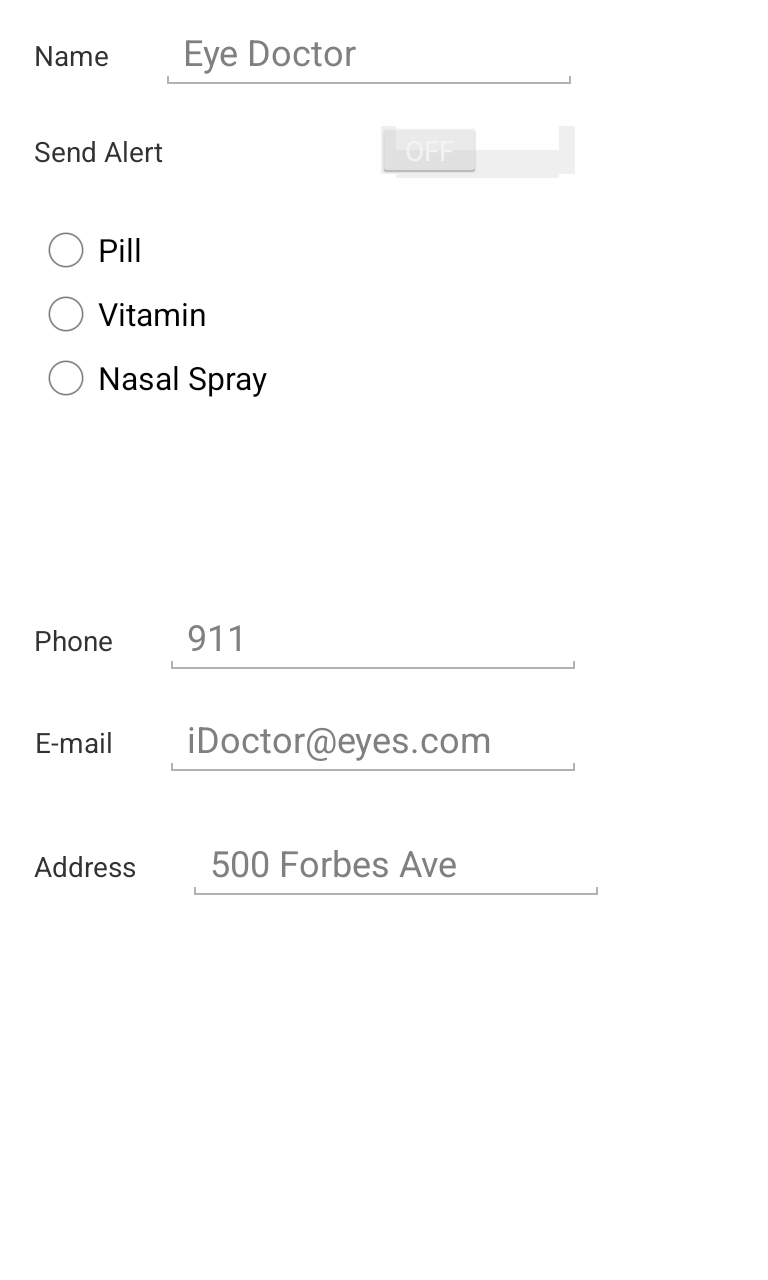
Repository: ranika/pilltracker
Layout: PillTracker/res/layout/f_doctors_doctoreditactivity.xml
An editor plug-in stored every save of this project. The layout is shown before and after the next save, followed by the edit.
It is drawn on a 768 x 1280 px phone screen (xhdpi) without system bars, with theme AppTheme; the app's code is not run.

Above is the layout before, as saved 2014-04-16 14:58:32.

### PillTracker/res/layout/f_doctors_doctoreditactivity.xml
<RelativeLayout xmlns:android="http://schemas.android.com/apk/res/android"
    android:layout_width="fill_parent"
    android:layout_height="fill_parent" >

    <TextView
        android:id="@+id/textView1"
        android:layout_width="wrap_content"
        android:layout_height="wrap_content"
        android:layout_alignParentLeft="true"
        android:layout_alignParentTop="true"
        android:layout_marginLeft="17dp"
        android:layout_marginTop="18dp"
        android:text="@string/name" />

    <EditText
        android:id="@+id/fdea_et1"
        android:layout_width="wrap_content"
        android:layout_height="wrap_content"
        android:layout_alignBaseline="@+id/textView1"
        android:layout_alignBottom="@+id/textView1"
        android:layout_marginLeft="25dp"
        android:layout_toRightOf="@+id/textView1"
        android:hint="@string/eye_doctor"
        android:ems="10" >
    </EditText>

    <TextView
        android:id="@+id/textView2"
        android:layout_width="wrap_content"
        android:layout_height="wrap_content"
        android:layout_alignLeft="@+id/textView1"
        android:layout_below="@+id/fdea_et1"
        android:layout_marginTop="20dp"
        android:text="@string/send_alert" />

    <Switch
        android:id="@+id/fdea_s1"
        android:layout_width="wrap_content"
        android:layout_height="wrap_content"
        android:layout_alignBaseline="@+id/textView2"
        android:layout_alignBottom="@+id/textView2"
        android:layout_alignRight="@+id/fdea_et1" />

    <RadioButton
        android:id="@+id/fdea_cb1"
        android:layout_width="wrap_content"
        android:layout_height="wrap_content"
        android:layout_alignLeft="@+id/textView2"
        android:layout_below="@+id/fdea_s1"
        android:layout_marginTop="20dp"
        android:text="@string/pill" />

    <RadioButton
        android:id="@+id/fdea_cb2"
        android:layout_width="wrap_content"
        android:layout_height="wrap_content"
        android:layout_alignLeft="@+id/fdea_cb1"
        android:layout_below="@+id/fdea_cb1"
        android:text="@string/vitamin" />

    <RadioButton
        android:id="@+id/fdea_cb3"
        android:layout_width="wrap_content"
        android:layout_height="wrap_content"
        android:layout_alignLeft="@+id/fdea_cb2"
        android:layout_below="@+id/fdea_cb2"
        android:text="@string/nasal" />

    <TextView
        android:id="@+id/textView3"
        android:layout_width="wrap_content"
        android:layout_height="wrap_content"
        android:layout_alignLeft="@+id/fdea_cb3"
        android:layout_centerVertical="true"
        android:text="@string/phone" />

    <EditText
        android:id="@+id/fdea_et2"
        android:layout_width="wrap_content"
        android:layout_height="wrap_content"
        android:layout_alignBaseline="@+id/textView3"
        android:layout_alignBottom="@+id/textView3"
        android:layout_marginLeft="25dp"
        android:layout_toRightOf="@+id/textView3"
        android:hint="@string/number"
        android:ems="10" >
    </EditText>

    <TextView
        android:id="@+id/textView4"
        android:layout_width="wrap_content"
        android:layout_height="wrap_content"
        android:layout_alignRight="@+id/textView3"
        android:layout_below="@+id/fdea_et2"
        android:layout_marginTop="23dp"
        android:text="@string/email" />

    <EditText
        android:id="@+id/fdea_et3"
        android:layout_width="wrap_content"
        android:layout_height="wrap_content"
        android:layout_alignBaseline="@+id/textView4"
        android:layout_alignBottom="@+id/textView4"
        android:layout_marginLeft="25dp"
        android:layout_toRightOf="@+id/textView4"
        android:hint="@string/email_address"
        android:ems="10" >
    </EditText>

    <TextView
        android:id="@+id/textView5"
        android:layout_width="wrap_content"
        android:layout_height="wrap_content"
        android:layout_alignLeft="@+id/textView3"
        android:layout_below="@+id/fdea_et3"
        android:layout_marginTop="34dp"
        android:text="@string/address" />

    <EditText
        android:id="@+id/fdea_et4"
        android:layout_width="wrap_content"
        android:layout_height="wrap_content"
        android:layout_alignBaseline="@+id/textView5"
        android:layout_alignBottom="@+id/textView5"
        android:layout_marginLeft="25dp"
        android:layout_toRightOf="@+id/textView5"
        android:hint="@string/addy"
        android:ems="10" >
    </EditText>

</RelativeLayout>

### PillTracker/res/values/strings.xml
<?xml version="1.0" encoding="utf-8"?>
<resources>

    <string name="app_name">Pill Tracker</string>
    <string name="med_log">Medication Log</string>
    <string name="prescriptions">Prescriptions</string>
    <string name="reminders">Reminders</string>
    <string name="doctors">Doctors</string>
    <string name="pharmacies">Pharmacies</string>
    <string name="notes">Notes</string>
    <string name="settings">Settings</string>

    <color name="black">#CCCCCC</color>

    <string name="title_activity_med_log">Medication Log</string>
    <string name="today">Today</string>
    <string name="ten_am">10 AM</string>
    <string name="pill">Pill</string>
    <string name="vitamin">Vitamin</string>
    <string name="ten_pm">10 PM</string>
    <string name="nasal">Nasal Spray</string>
    <string name="title_activity_prescription">Prescriptions</string>
    <string name="add">Add</string>
    <string name="title_activity_doctors">Doctors</string>
    <string name="eye_doctor">Eye Doctor</string>
    <string name="family_physician">Family Physician</string>
    <string name="orthopedic">Orthopedic</string>
    <string name="title_activity_notes">Notes</string>
    <string name="hello_world">Hello world!</string>
    <string name="action_settings">Settings</string>
    <string name="reminder">Reminder</string>
    <string name="to_do">To Do</string>
    <string name="blah">BlahBlahBlah</string>
    <string name="title_activity_pharmacies">Pharmacies</string>

    <string-array name="miles">
        <item>10 miles</item>
        <item>15 miles</item>
        <item>20 miles</item>
        <item> 50 miles</item>
    </string-array>

    <string name="display">Display pharmacies within:</string>
    <string name="find">Find</string>
    <string name="title_activity_prescription_edit">Edit Prescription</string>
    <string name="title_activity_edit_prescription">Edit Prescriptions</string>
    <string name="name">Name</string>
    <string name="monday">Monday</string>
    <string name="tuesday">Tuesday</string>
    <string name="wednesday">Wednesday</string>
    <string name="thursday">Thursday</string>
    <string name="friday">Friday</string>
    <string name="saturday">Saturday</string>
    <string name="sunday">Sunday</string>
    <string name="days">Set Days</string>
    <string name="time">Set Time</string>
    <string name="title_activity_doctor_edit">Edit Doctor</string>
    <string name="send_alert">Send Alert</string>
    <string name="phone">Phone</string>
    <string name="number">911</string>
    <string name="email">E-mail</string>
    <string name="email_address">iDoctor@eyes.com</string>
    <string name="address">Address</string>
    <string name="addy">500 Forbes Ave</string>
    <string name="title_activity_reminders">Reminders</string>
    <string name="title_activity_settings">Settings</string>
    <string name="location">My Location</string>
    <string name="wireless">Use wireless networks</string>
    <string name="gps">Use GPS satellites</string>

</resources>

Loaded but not shown: PillTracker/res/values/styles.xml (common file); PillTracker/res/values-v11/styles.xml (common file); PillTracker/res/values-v14/styles.xml (common file)

After the next save:
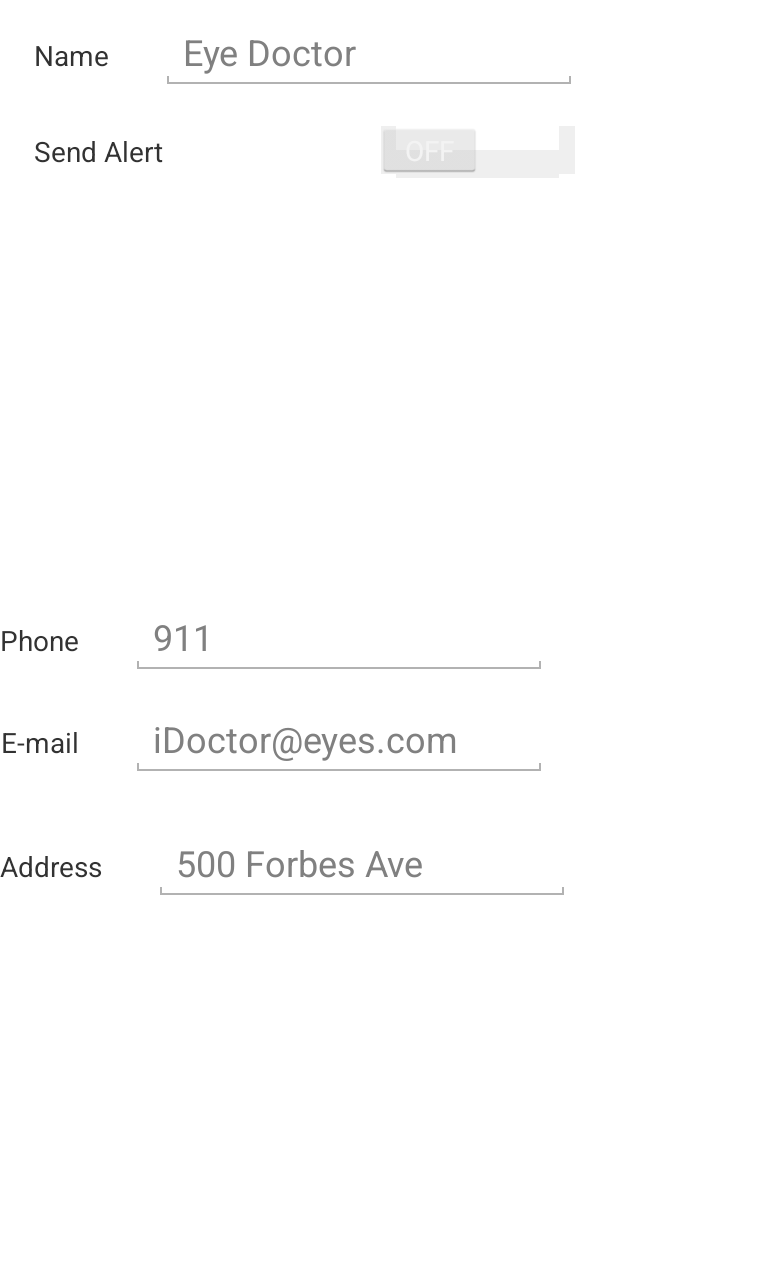
Saved 96 s later.
--- a/PillTracker/res/layout/f_doctors_doctoreditactivity.xml
+++ b/PillTracker/res/layout/f_doctors_doctoreditactivity.xml
@@ -41,6 +41,7 @@
         android:layout_alignBottom="@+id/textView2"
         android:layout_alignRight="@+id/fdea_et1" />
 
+    <!-- for future implementation
     <RadioButton
         android:id="@+id/fdea_cb1"
         android:layout_width="wrap_content"
@@ -65,6 +66,8 @@
         android:layout_alignLeft="@+id/fdea_cb2"
         android:layout_below="@+id/fdea_cb2"
         android:text="@string/nasal" />
+
+    -->
 
     <TextView
         android:id="@+id/textView3"
